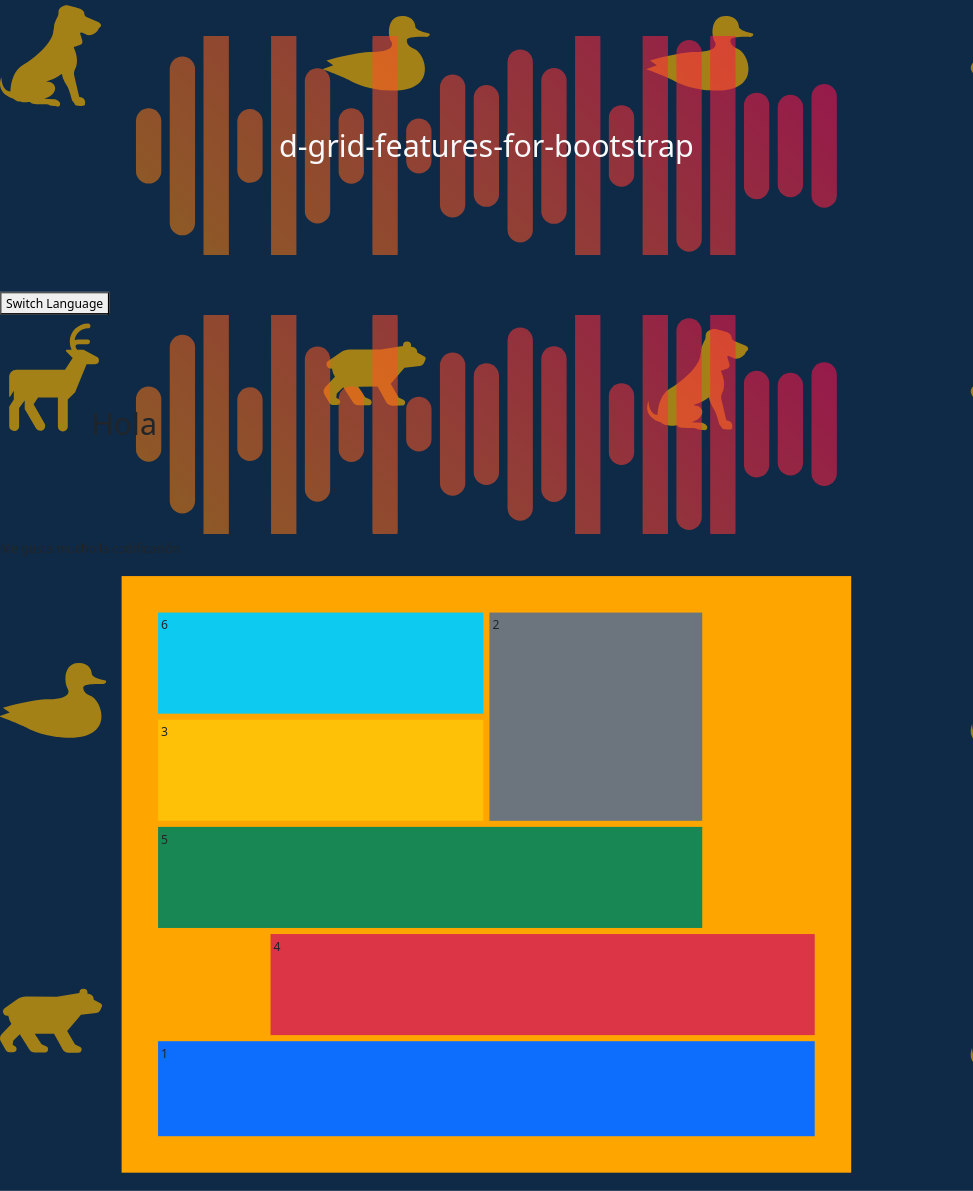
Repository: LynxPardelle/d-grid-features-for-bootstrap
Page: index.html
An editor plug-in stored every save of this project. The page is shown before and after the next save, followed by the edit.
The browser window is 1280 px wide. The pictures show the whole page, at 76% of full size.

Above is the page before, as saved 2021-10-20 23:25:45.

After the next save:
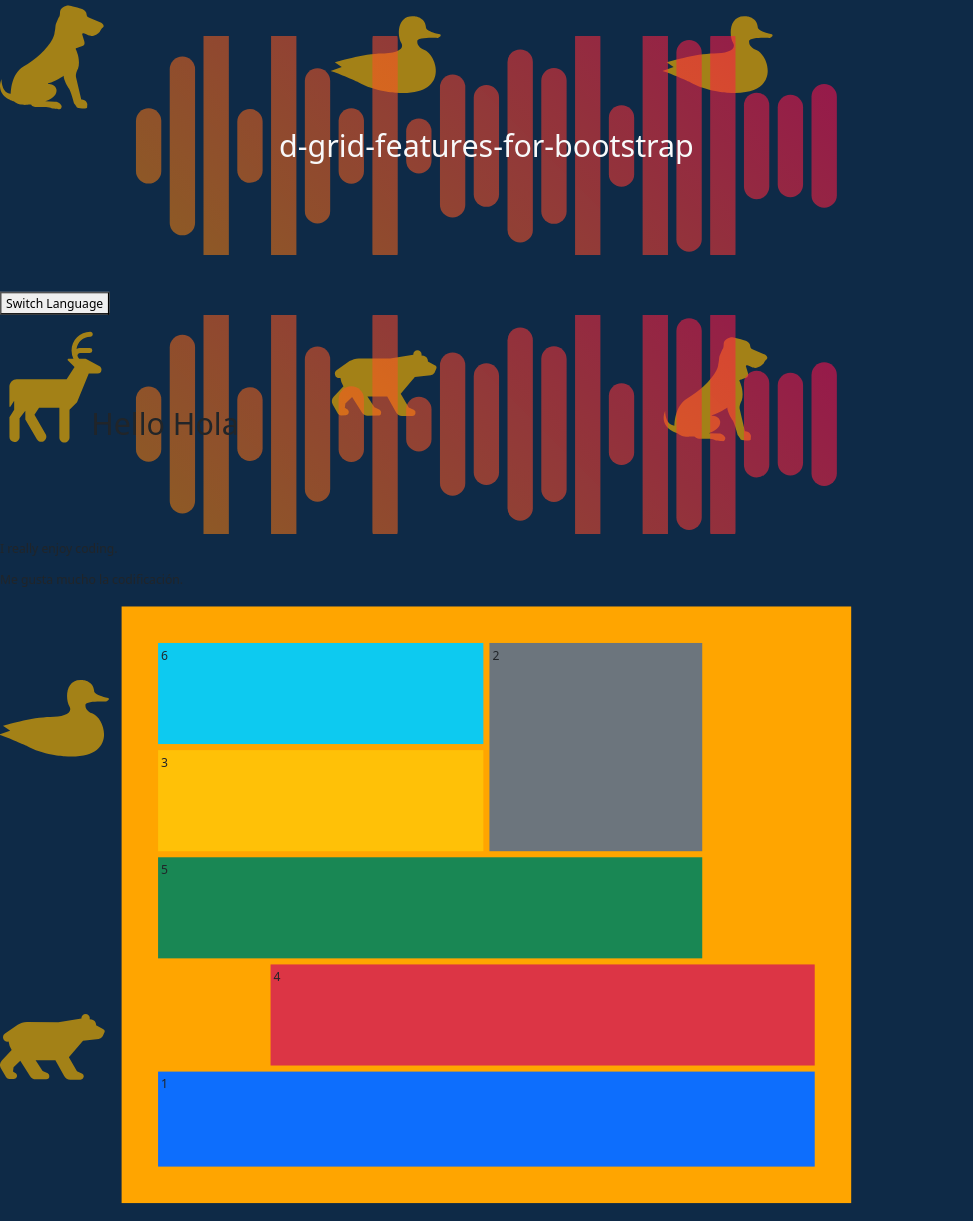
Console error: SyntaxError: Identifier 'elementsEs' has already been declared
Saved 2 min 14 s later.
--- a/langChanger.js
+++ b/langChanger.js
@@ -1,15 +1,19 @@
 let langEs = false;
 let langEn = true;
 
+let elementsEs = document.querySelectorAll('[data-lang="es"]')
 let elementsEs = document.querySelectorAll('[data-lang="en"]')
-for(let element of elementsEs){
-  element.className = "d-none";
+for(let element of elementsEn){
+  element.className += "d-none";
 }
 
-document.querySelector('#switch-lang').click(function() {
-  document.querySelector('[lang="es"]').toggle();
-  document.querySelector('[lang="en"]').toggle();
-});
+function SwitchLang() {
+
+  if(hasClass(element, 'd-none')){
+    document.querySelector('[lang="es"]').toggle();
+    document.querySelector('[lang="en"]').toggle();
+  }
+};
 
 function hasClass(element, className) {
   return (' ' + element.className + ' ').indexOf(' ' + className+ ' ') > -1;

After the 2 saves that followed:
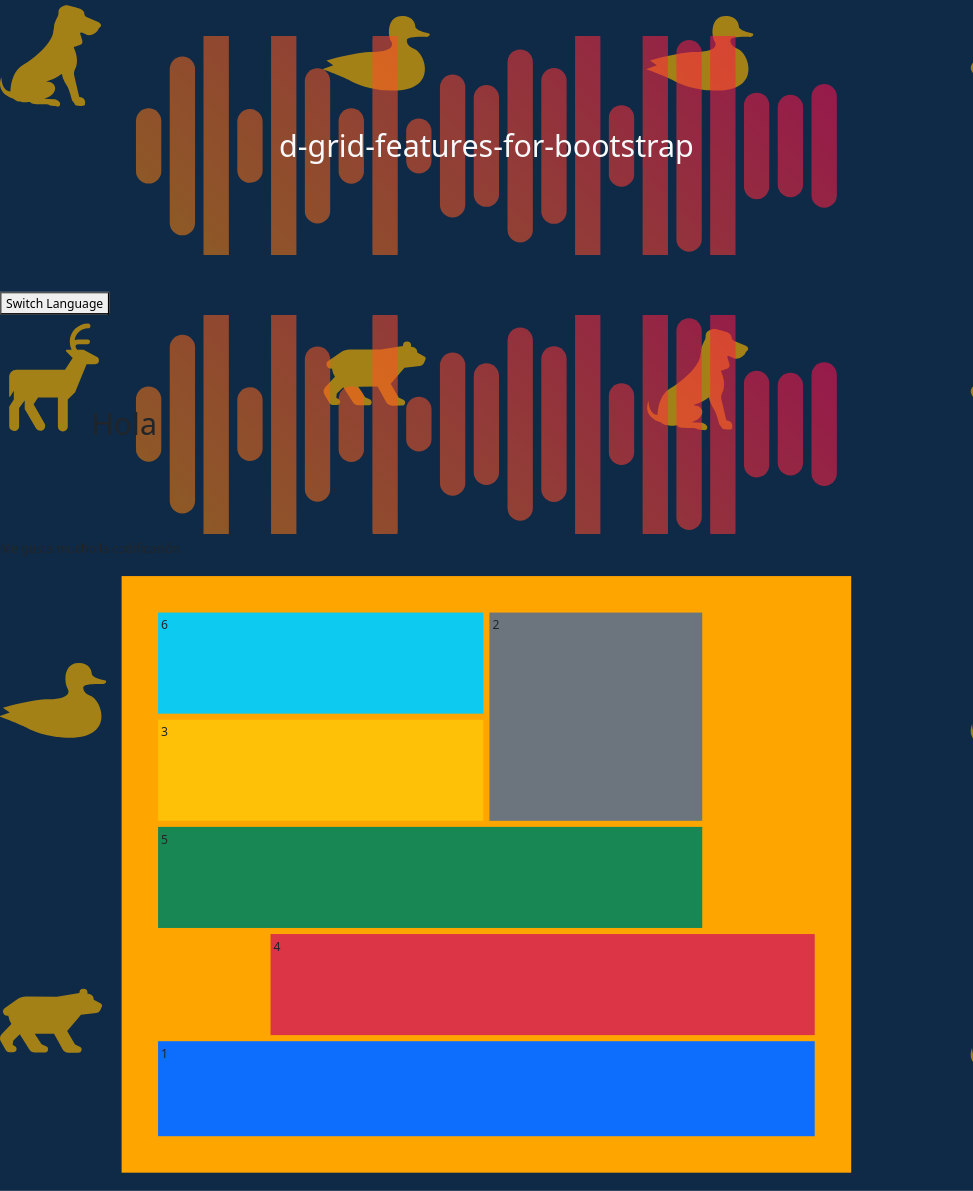
The error is gone.
The 2 saves are shown as one change because 1 left the picture as it was.
The last was saved 3 min 35 s later.
--- a/langChanger.js
+++ b/langChanger.js
@@ -2,16 +2,36 @@
 let langEn = true;
 
 let elementsEs = document.querySelectorAll('[data-lang="es"]')
-let elementsEs = document.querySelectorAll('[data-lang="en"]')
+let elementsEn = document.querySelectorAll('[data-lang="en"]')
 for(let element of elementsEn){
   element.className += "d-none";
 }
 
 function SwitchLang() {
+  langEs = !langEs;
+  langEn = !langEn;
 
-  if(hasClass(element, 'd-none')){
-    document.querySelector('[lang="es"]').toggle();
-    document.querySelector('[lang="en"]').toggle();
+  switch(true){
+
+    case langEs === true :
+    for(let element of elementsEn){
+      if(!hasClass(element, 'd-none')){
+        element.className += "d-none";
+      }
+    }
+    for(let element of elementsEs){
+      if(hasClass(element, 'd-none')){
+        element.classList.remove("d-none");
+      }
+    }
+    break;
+    case langEn === true :
+    for(let element of elementsEn){
+      if(hasClass(element, 'd-none')){
+        element.className += "d-none";
+      }
+    }
+    break;
   }
 };
 
